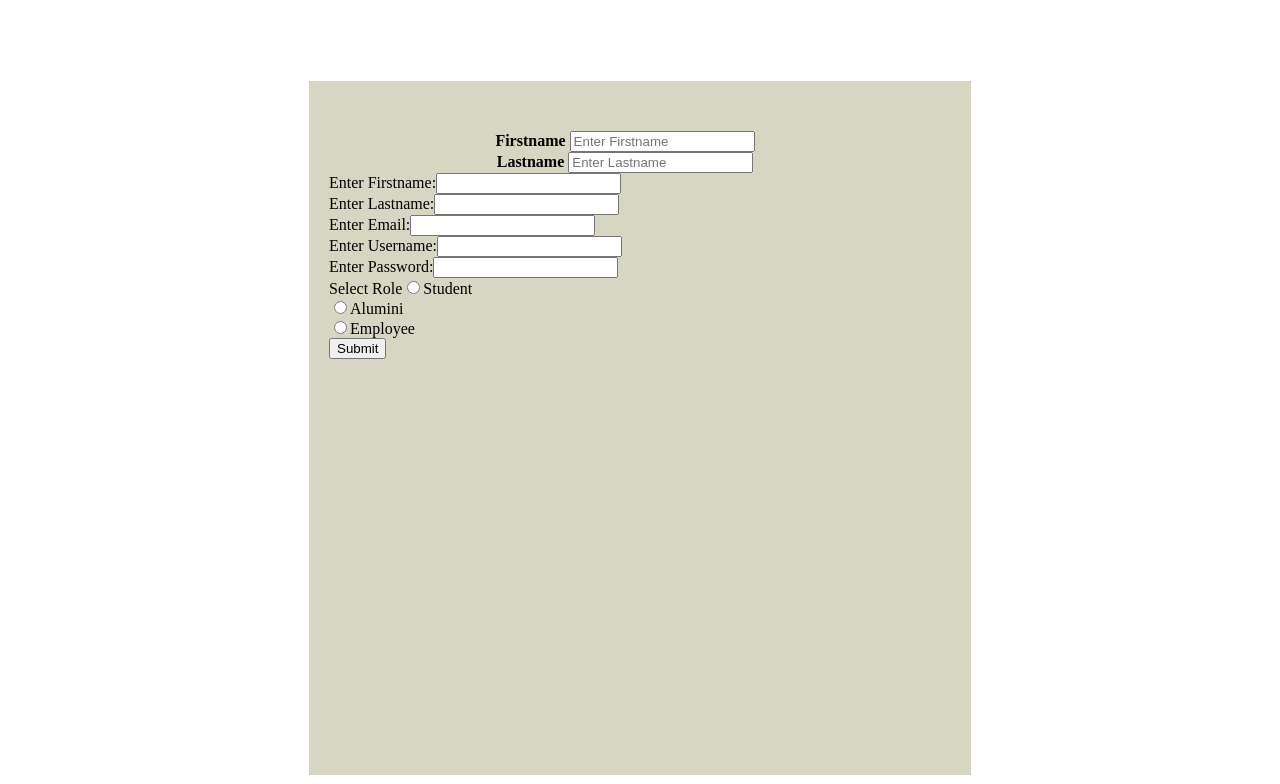
Repository: NeeleshPoojari/Project-2
Page: frontend_project2/WebContent/views/registrationform.html
An editor plug-in stored every save of this project. The page is shown before and after the next save, followed by the edit.
The browser window is 1280 px wide. The pictures show the whole page.

Above is the page before, as saved 2017-07-17 06:58:44.

After the next save:
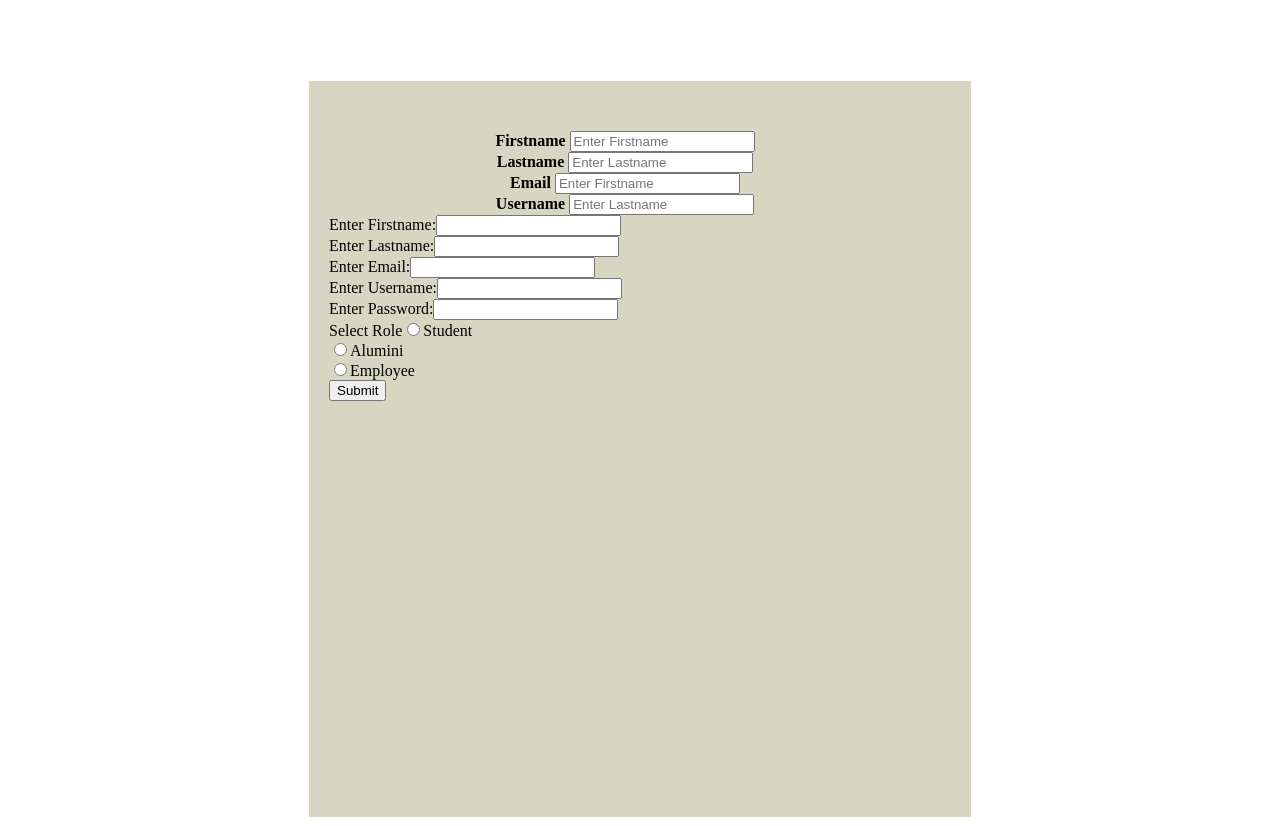
Saved 3 min 26 s later.
--- a/frontend_project2/WebContent/views/registrationform.html
+++ b/frontend_project2/WebContent/views/registrationform.html
@@ -14,43 +14,57 @@
 
 <div class="middle" style="margin-top: 80px;">
 
-<form >
+	<form>
 		<div align="center">
-		<div class="row">
-			<div class="form-group col-xs-6">
-				<label><b>Firstname</b></label> <input type="text"
-					ng-model="user.firstname" placeholder="Enter Firstname"
-					class="form-control input-lg" required>
+			<div class="row">
+				<div class="form-group col-xs-6">
+					<label><b>Firstname</b></label> <input type="text"
+						ng-model="user.firstname" placeholder="Enter Firstname"
+						class="form-control input-lg" required>
+				</div>
+
+
+				<div class="form-group col-xs-6">
+					<label><b>Lastname</b></label> <input type="text"
+						ng-model="user.lastname" placeholder="Enter Lastname"
+						class="form-control input-lg" required>
+				</div>
+
 			</div>
+		</div>
+
+		<div align="center">
+			<div class="row">
+				<div class="form-group col-xs-6">
+					<label><b>Email</b></label> <input type="text"
+						ng-model="user.email" placeholder="Enter Firstname"
+						class="form-control input-lg" required>
+				</div>
+
+
+				<div class="form-group col-xs-6">
+					<label><b>Username</b></label> <input type="text"
+						ng-model="user.username" placeholder="Enter Lastname"
+						class="form-control input-lg" required>
+				</div>
+
+			</div>
+		</div>
 
 
 
 
+		Enter Firstname:<input type="text" ng-model="user.firstname"><br>
+		Enter Lastname:<input type="text" ng-model="user.lastname"><br>
+		Enter Email:<input type="text" ng-model="user.email"><br>
+		Enter Username:<input type="text" ng-model="user.username"><br>
+		Enter Password:<input type="password" ng-model="user.password"><br>
 
+		Select Role<input type="radio" ng-model="user.role" value="Student">Student<br>
+		<input type="radio" ng-model="user.role" value="Alumini">Alumini<br>
+		<input type="radio" ng-model="user.role" value="Employee">Employee<br>
 
-<!-- <div class="row"> -->
-			<div class="form-group col-xs-6">
-				<label><b>Lastname</b></label> <input type="text"
-					ng-model="user.lastname" placeholder="Enter Lastname"
-					class="form-control input-lg" required>
-			</div>
-	<!-- 	</div> -->
+		<input type="submit" ng-click="register()"><br>
 
+	</form>
 </div>
-</div>
-
-
-	Enter Firstname:<input type="text" ng-model="user.firstname"><br>
-Enter Lastname:<input type="text" ng-model="user.lastname"><br>
-Enter Email:<input type="text" ng-model="user.email"><br>
-Enter Username:<input type="text" ng-model="user.username"><br>
-Enter Password:<input type="password" ng-model="user.password"><br>
-
-Select Role<input type="radio" ng-model="user.role" value="Student">Student<br>
-<input type="radio" ng-model="user.role" value="Alumini">Alumini<br>
-<input type="radio" ng-model="user.role" value="Employee">Employee<br>
-
-<input type="submit" ng-click="register()"><br>
-
-</form>
-</div>
